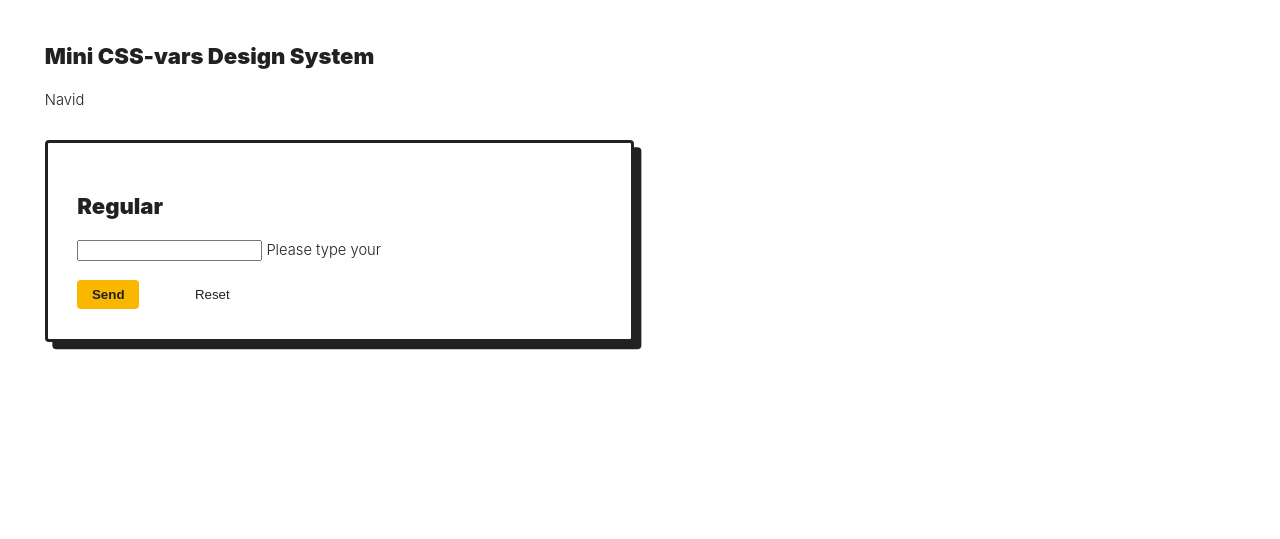
Repository: navid-amini12/capstone-1
Page: quiz.html
An editor plug-in stored every save of this project. The page is shown before and after the next save, followed by the edit.
The browser window is 1280 px wide. The pictures show the whole page.
Some web fonts or font styles are not loaded; a fallback is used.

Above is the page before, as saved 2022-05-17 12:21:14.

After the next save:
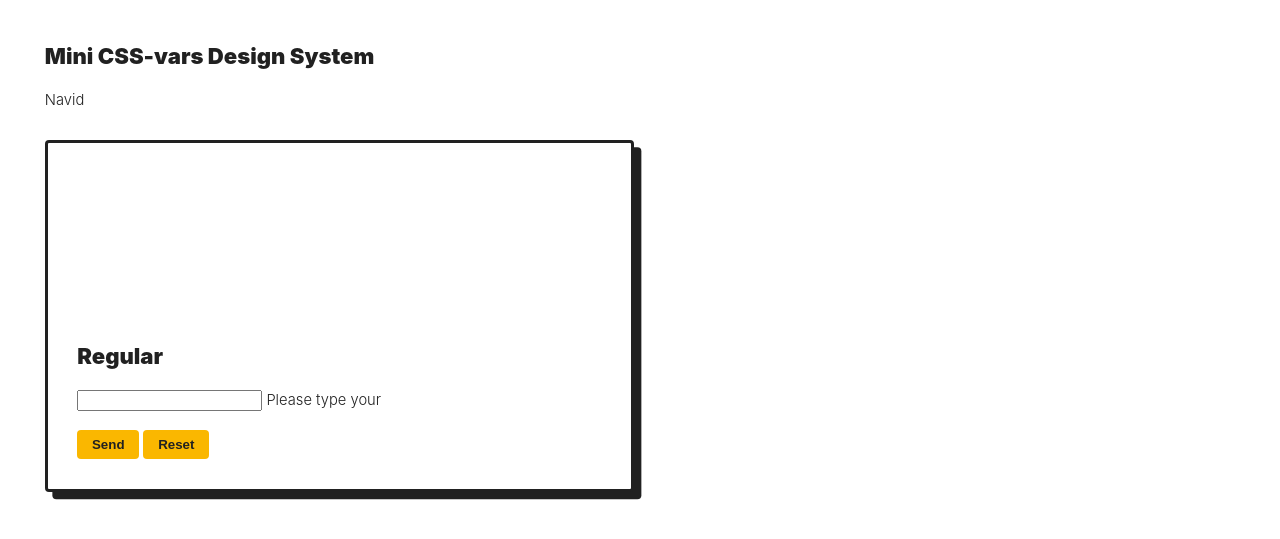
Saved 12 s later.
--- a/quiz.css
+++ b/quiz.css
@@ -106,11 +106,7 @@ button {
   border-radius: var(--size-radius);
   font-weight: 900;
 
-  &[type=reset]{
-    background: var(--color-background);
-    font-weight: 200;
-  }
-}
+
 
 button + button {
   margin-left: calc(var(--size-bezel) * 5);
